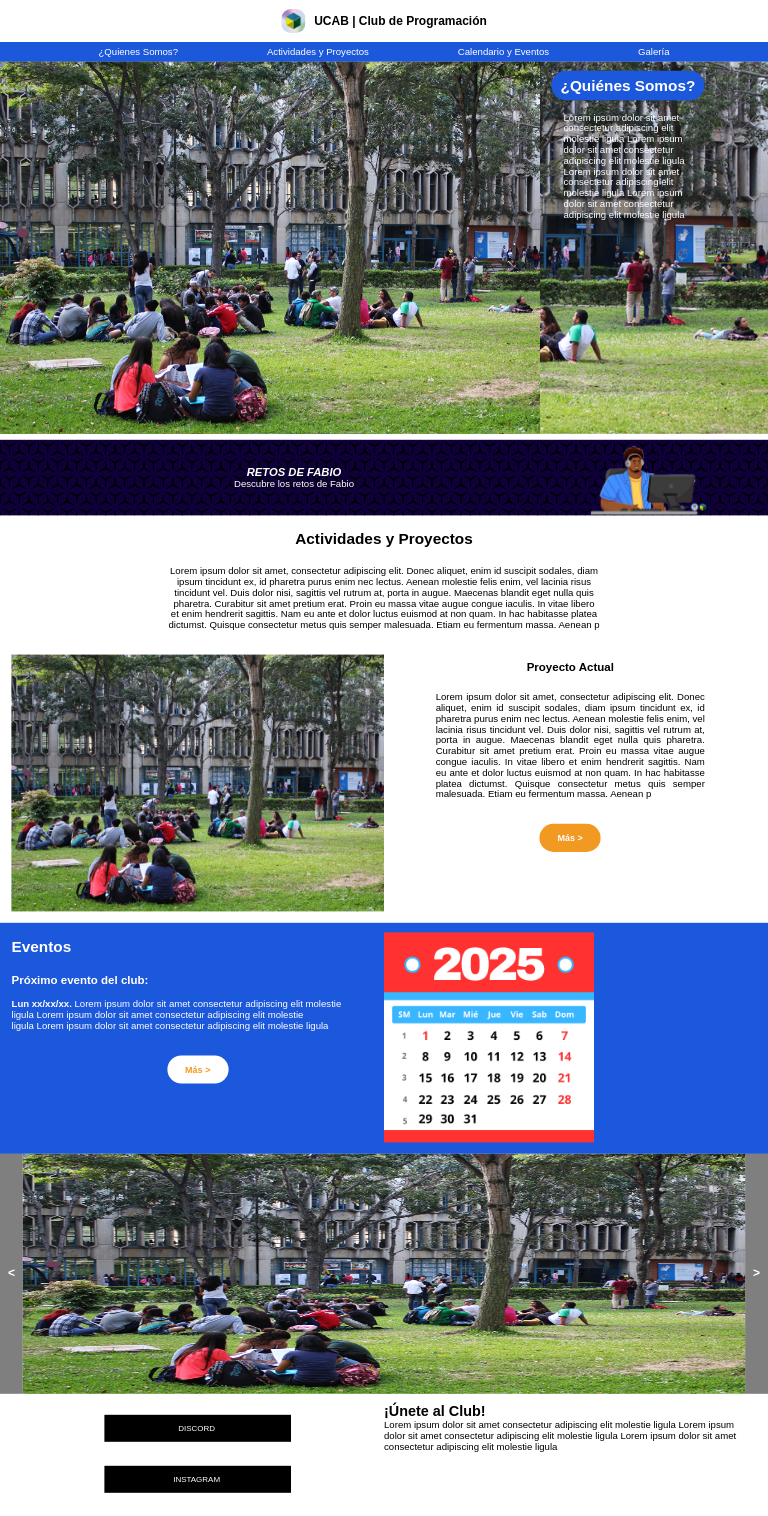
Repository: LuisR404/LandingPage
Page: Pages/QuienesSomos.html
These files come from the project's save history. The page is drawn as it stood at one moment and after the next save; the edit follows.
The browser window is 1280 px wide. The pictures show the whole page, at 60% of full size.

Above is the page before, as saved 2025-11-19 10:26:12.

After the next save:
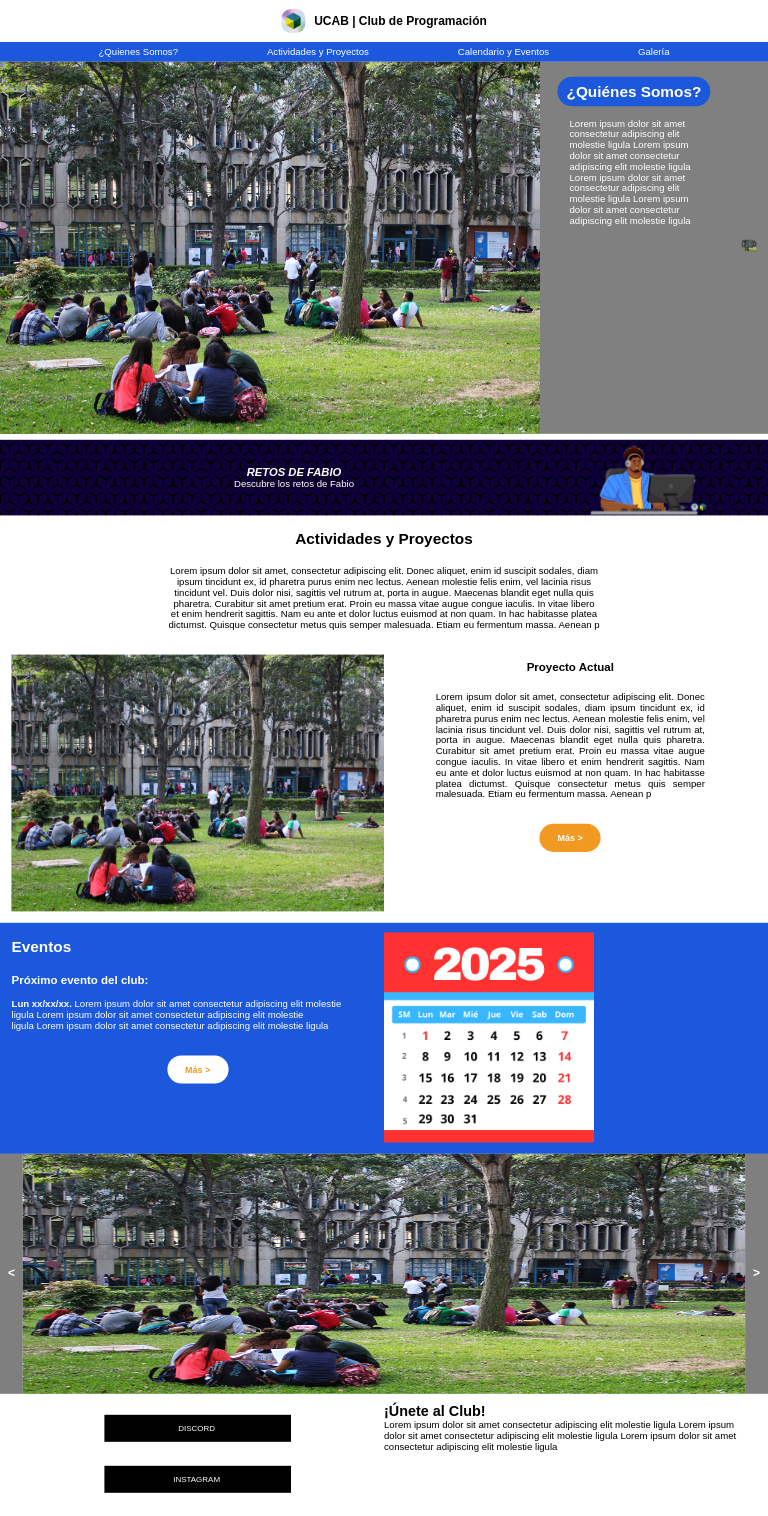
Saved 42 s later.
--- a/Styles/QuienesSomos.css
+++ b/Styles/QuienesSomos.css
@@ -6,7 +6,7 @@
 
     width: 100%;
 
-    background-image: url(../resources//test_img.jpg);
+    /* background-image: url(../resources//test_img.jpg); */
     background-position: center;
     background-size: 100%;
     background-color: grey
@@ -27,7 +27,9 @@
     /* backdrop-filter: blur(5px); */
 }
 
-.background-img
+.background-img {
+
+}
 
 
 
